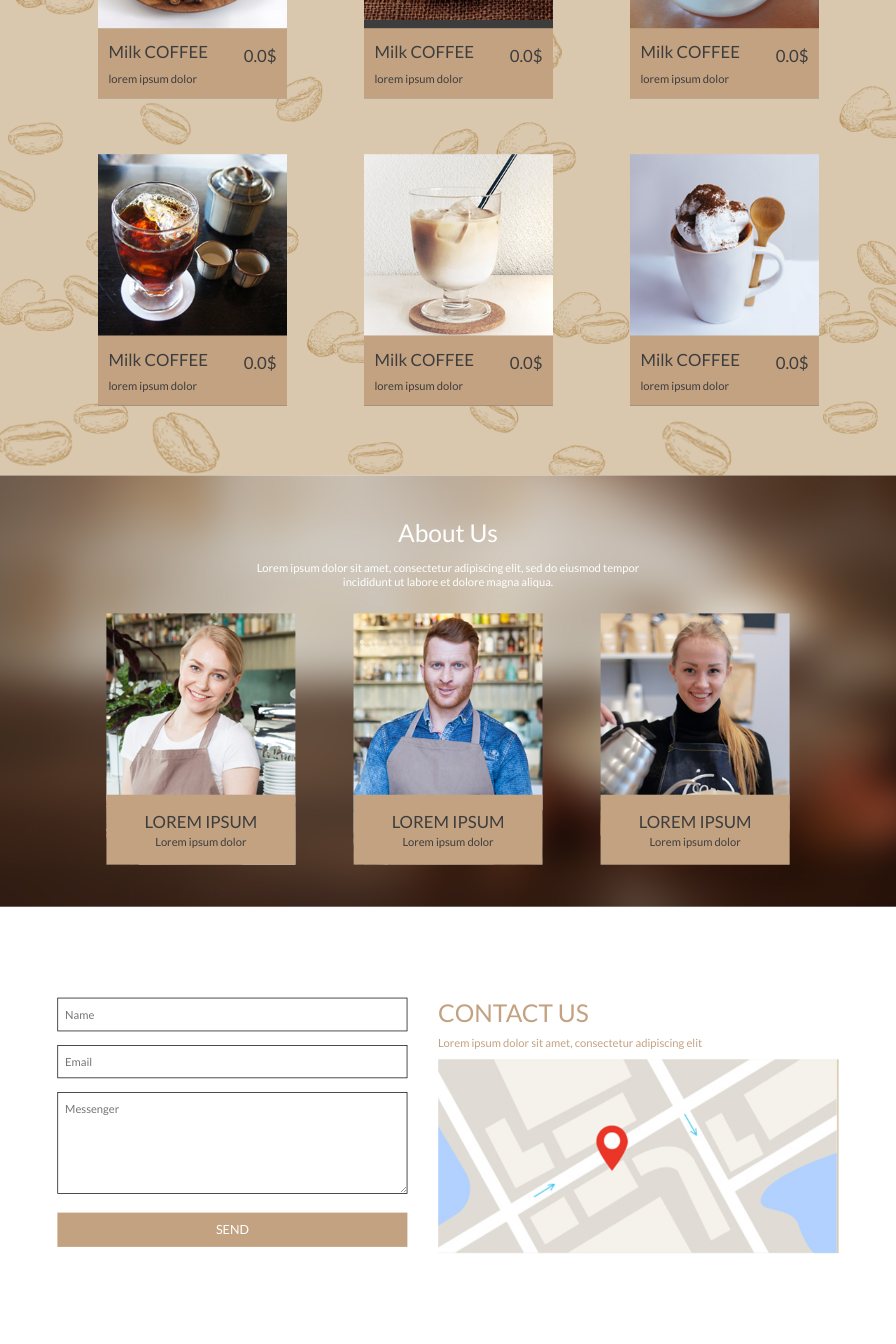
Repository: kuluong2000/coffe
Page: index.html
An editor plug-in stored every save of this project. The page is shown before and after the next save, followed by the edit.
The browser window is 1280 px wide. The pictures show the part of the page from y = 1676 to 3596 px (the page is 3596 px tall), at 70% of full size.

Above is the page before, as saved 2021-10-04 23:10:26.

### index.html
<!DOCTYPE html>
<html lang="en">
  <head>
    <meta charset="UTF-8" />
    <meta http-equiv="X-UA-Compatible" content="IE=edge" />
    <meta name="viewport" content="width=device-width, initial-scale=1.0" />
    <link rel="stylesheet" href="./libs/css/bootstrap.min.css" />
    <link rel="stylesheet" href="./libs/css/animate.css" />
    <link rel="stylesheet" href="./libs/css/slick-theme.css" />
    <link rel="stylesheet" href="./libs/css/slick.css" />
    <link rel="stylesheet" href="./Assets/css/reset.css" />
    <link rel="stylesheet" href="./Assets/css/style.css" />
    <link rel="stylesheet" href="./Assets/css/responsive.css" />
    <title>Document</title>
  </head>
  <body>
    <header class="header">
      <div class="container">
        <div class="row">
          <div class="header-main">
            <div class="header-menu">
              <a href="#">
                <img src="./Assets/image/logo.png" alt="" srcset="" />
              </a>
            </div>
            <nav>
              <ul class="header-menu">
                <li class="header-menu-item"><a href="#" class="header-menu-link">Home</a></li>
                <li class="header-menu-item"><a href="#" class="header-menu-link">Our Story</a></li>
                <li class="header-menu-item"><a href="#" class="header-menu-link">Menu</a></li>
                <li class="header-menu-item"><a href="#" class="header-menu-link">Order</a></li>
                <li class="header-menu-item"><a href="#" class="header-menu-link">About Us</a></li>
                <li class="header-menu-item"><a href="#" class="header-menu-link">Contact</a></li>
                <li class="header-menu-item"><a href="#" class="header-menu-link">Cart</a></li>
              </ul>
            </nav>
          </div>
        </div>
      </div>
    </header>
    <main>
      <section class="banner">
        <div class="banner-img">
          <img src="./Assets/image/banner.jpg" alt="" srcset="" />
        </div>
        <div class="container">
          <div class="row">
            <div class="banner-main">
              <div class="banner-content">
                <h1 class="banner-heading">HELLO COFFEE</h1>
                <p class="banner-desc">Lorem ipsum dolor sit amet, consectetur adipiscing elit, sed do eiusmod tempor incididunt ut labore et...</p>
                <a href="#" class="btn"> Read More </a>
              </div>
            </div>
          </div>
        </div>
      </section>
      <section class="story">
        <div class="container">
          <div class="row">
            <div class="story-main">
              <div class="story-media">
                <div class="story-image">
                  <img src="./Assets/image/story.jpg" alt="" />
                </div>
              </div>
              <div class="story-info">
                <div class="story-title">Our Story</div>
                <p class="story-desc">
                  Lorem ipsum dolor sit amet, consectetur adipiscing elit, sed do eiusmod tempor incididunt ut labore et dolore magna aliqua.
                  <br />
                  Ut enim ad minim veniam, quis nostrud exercitation ullamco laboris nisi ut aliquip ex ea commodo consequat.
                </p>
                <a href="#" class="btn">Read More</a>
              </div>
            </div>
          </div>
        </div>
      </section>
      <section class="menu">
        <div class="container">
          <div class="row">
            <div class="menu-main">
              <div class="box">
                <h2 class="title menu-box-title">Menu</h2>
                <p class="desc menu-box-desc">Lorem ipsum dolor sit amet, consectetur adipiscing elit, sed do eiusmod tempor incididunt ut labore et dolore magna aliqua.</p>
              </div>
              <div class="menu-list">
                <div class="menu-item">
                  <div class="menu-item-image">
                    <img src="./Assets/image/menu_img1.jpg" alt="" />
                  </div>
                  <div class="menu-item-info">
                    <div class="menu-item-content">
                      <h2 class="menu-item-name">Milk COFFEE</h2>
                      <p class="menu-item-desc">lorem ipsum dolor</p>
                    </div>
                    <p class="menu-item-price">0.0$</p>
                  </div>
                </div>
                <div class="menu-item">
                  <div class="menu-item-image">
                    <img src="./Assets/image/menu_img2.jpg" alt="" />
                  </div>
                  <div class="menu-item-info">
                    <div class="menu-item-content">
                      <h2 class="menu-item-name">Milk COFFEE</h2>
                      <p class="menu-item-desc">lorem ipsum dolor</p>
                    </div>
                    <p class="menu-item-price">0.0$</p>
                  </div>
                </div>
                <div class="menu-item">
                  <div class="menu-item-image">
                    <img src="./Assets/image/menu_img3.jpg" alt="" />
                  </div>
                  <div class="menu-item-info">
                    <div class="menu-item-content">
                      <h2 class="menu-item-name">Milk COFFEE</h2>
                      <p class="menu-item-desc">lorem ipsum dolor</p>
                    </div>
                    <p class="menu-item-price">0.0$</p>
                  </div>
                </div>
                <div class="menu-item">
                  <div class="menu-item-image">
                    <img src="./Assets/image/menu_img4.jpg" alt="" />
                  </div>
                  <div class="menu-item-info">
                    <div class="menu-item-content">
                      <h2 class="menu-item-name">Milk COFFEE</h2>
                      <p class="menu-item-desc">lorem ipsum dolor</p>
                    </div>
                    <p class="menu-item-price">0.0$</p>
                  </div>
                </div>
                <div class="menu-item">
                  <div class="menu-item-image">
                    <img src="./Assets/image/menu_img5.jpg" alt="" />
                  </div>
                  <div class="menu-item-info">
                    <div class="menu-item-content">
                      <h2 class="menu-item-name">Milk COFFEE</h2>
                      <p class="menu-item-desc">lorem ipsum dolor</p>
                    </div>
                    <p class="menu-item-price">0.0$</p>
                  </div>
                </div>
                <div class="menu-item">
                  <div class="menu-item-image">
                    <img src="./Assets/image/menu_img6.jpg" alt="" />
                  </div>
                  <div class="menu-item-info">
                    <div class="menu-item-content">
                      <h2 class="menu-item-name">Milk COFFEE</h2>
                      <p class="menu-item-desc">lorem ipsum dolor</p>
                    </div>
                    <p class="menu-item-price">0.0$</p>
                  </div>
                </div>
              </div>
            </div>
          </div>
        </div>
      </section>
      <section class="about">
        <div class="container">
          <div class="row">
            <div class="about-main">
              <div class="box">
                <h2 class="title">About Us</h2>
                <p class="desc">Lorem ipsum dolor sit amet, consectetur adipiscing elit, sed do eiusmod tempor incididunt ut labore et dolore magna aliqua.</p>
              </div>
              <div class="about-list">
                <div class="about-item">
                  <div class="about-avatar">
                    <img src="/Assets/image/about_img1.jpg" alt="" />
                  </div>
                  <div class="about-info">
                    <h2 class="about-name">Lorem Ipsum</h2>
                    <p class="about-position">Lorem ipsum dolor</p>
                    <a href="#" class="btn about-btn">Read More</a>
                  </div>
                </div>
                <div class="about-item">
                  <div class="about-avatar">
                    <img src="/Assets/image/about_img2.jpg" alt="" />
                  </div>
                  <div class="about-info">
                    <h2 class="about-name">Lorem Ipsum</h2>
                    <p class="about-position">Lorem ipsum dolor</p>
                    <a href="#" class="btn about-btn">Read More</a>
                  </div>
                </div>
                <div class="about-item">
                  <div class="about-avatar">
                    <img src="/Assets/image/about_img3.jpg" alt="" />
                  </div>
                  <div class="about-info">
                    <h2 class="about-name">Lorem Ipsum</h2>
                    <p class="about-position">Lorem ipsum dolor</p>
                    <a href="#" class="btn about-btn">Read More</a>
                  </div>
                </div>
              </div>
            </div>
          </div>
        </div>
      </section>
      <section class="contact">
        <div class="container">
          <div class="row">
            <div class="contact-main">
              <div>
                <form action="" class="contact-form">
                  <input type="text" placeholder="Name" />
                  <input type="email" name="" id="" placeholder="Email" />
                  <textarea name="" id="" cols="30" rows="10" placeholder="Messenger"></textarea>
                  <a href="#" class="btn form-btn">Send</a>
                </form>
              </div>
              <div class="contact-map">
                <h2 class="contact-name">Contact Us</h2>
                <p class="contact-desc">Lorem ipsum dolor sit amet, consectetur adipiscing elit</p>
                <img src="./Assets/image/contact_img.jpg" alt="" />
              </div>
            </div>
          </div>
        </div>
      </section>
    </main>

    <script src="./libs/Js/jquery-3.5.1.slim.min.js"></script>
    <script src="./libs/Js/bootstrap.min.js"></script>
    <script src="./libs/Js/slick.min.js"></script>
    <script src="./libs/Js/wow.js"></script>
  </body>
</html>

### Assets/css/reset.css
html, body, div, span, applet, object, iframe,
h1, h2, h3, h4, h5, h6, p, blockquote, pre,
a, abbr, acronym, address, big, cite, code,
del, dfn, em, img, ins, kbd, q, s, samp,
small, strike, strong, sub, sup, tt, var,
b, u, i, center,
dl, dt, dd, ol, ul, li,
fieldset, form, label, legend,
table, caption, tbody, tfoot, thead, tr, th, td,
article, aside, canvas, details, embed,
figure, figcaption, footer, header, hgroup,
menu, nav, output, ruby, section, summary,
time, mark, audio, video {
	margin: 0;
	padding: 0;
	border: 0;
	font-size: 100%;
	vertical-align: baseline;
}
/* HTML5 display-role reset for older browsers */
article, aside, details, figcaption, figure,
footer, header, hgroup, menu, nav, section {
	display: block;
}
* {
	box-sizing: border-box;
}
body {
	line-height: 1;
  font-family: 'Muli', sans-serif;


  font-style: normal;
  font-weight: normal;
  font-size: 16px;
  line-height: 32px;
}
ol, ul {
	list-style: none;
}
blockquote, q {
	quotes: none;
}
blockquote:before, blockquote:after,
q:before, q:after {
	content: '';
	content: none;
}
table {
	border-collapse: collapse;
	border-spacing: 0;
}

img {
  max-width: 100%;
	vertical-align: bottom;
}
a {
	outline: none;
}

### Assets/css/style.css
@import url('https://fonts.googleapis.com/css2?family=Lato:ital,wght@0,400;0,700;0,900;1,300;1,400;1,700;1,900&display=swap');
*{
    padding: 0;
    margin: 0;
    box-sizing: border-box;
}
body{
    font-family: 'Lato', sans-serif;
    font-size: 16px;
    line-height: 1.6;
    color: #3d3d3d;
    font-weight: 400;
}

.header{
    position: absolute;
    width: 100%;
    background-color: rgba(0,0,0 , 0.5);
    padding: 20px 0 20px;
    z-index: 99;
}
.header-main{
    display:flex;
    justify-content: space-between;
    align-items: center;
}
.header-menu{
    display:flex;
    justify-content: space-between;
    align-items: center;
}
.header-menu-item{
    list-style-type: none;
}
.header-menu-item:not(:first-child){
    margin-left: 25px;
}
.header-menu-link{
    position: relative;
    color: white;
    text-transform: uppercase;
    text-decoration: none;
    font-size: 12px;
    padding-bottom: 7px;

}
.header-menu-link::before{
    content: '';
    position: absolute;
    bottom: 0;
    left:  0;
    height: 2px;
    width: 100%;
    background-color: #c3a281;
    transform: scale(0);
    transition: 0.5s;
    transform-origin: right;
}
.header-menu-link:hover,
.header-menu-link:hover::before{
    color: #c3a281;
    transform: scale(1);
}
.banner{
    position: relative;
    min-height: 660px;

}
.banner-img{
    position: relative;
    z-index: -1;
    object-fit: cover;
    width: 100%;
}
.banner-img img{
    width: 100%;
}

.banner-main{
    position: absolute;
    left: auto;
    top: 50%;
    transform: translateY(-50%);
    color: white;
    width: max-content;

}

.banner-heading{
    font-weight: 400;
    font-size: 48px;
    letter-spacing: 0.5px;
    margin-bottom: 40px;
}
.banner-desc{
    width: 390px;
    margin-bottom: 40px;
}
.btn{
    font-size: 18px;
    color: white;
    font-weight: 400;
    padding: 10px 30px;
    background-color: #c3a281;
    border-radius: 0%;
    text-transform: uppercase;
}
.btn:hover{
    color: white;
}
.story{
    padding-top: 95px;
    min-height: 600px;
}
.story-main{
    display:flex;
    padding: 0 70px;
    align-items: center;
}
.story-media{
    position: relative;
}
.story-icon-play{
    position: absolute;
    top: 50%;
    left: 50%;
    transform:translate(-50%,-50%);
}
.story-image{
    min-width: 600px;
    height: 100%;
    object-fit: cover;
}
.story-image img{
    width: 100%;
    height: 100%;
}
.story-info{
    margin-left: 30px;
}
.story-title{
    font-size: 35px;
    margin-bottom: 20px;
    text-transform: uppercase;
}
.story-desc{
    text-align: justify;
    margin-bottom: 40px;
    line-height: 20px;
}
.menu{

    padding-bottom: 100px;
    background: url(/Assets/image/menu_bg.png) no-repeat center / cover;
}
.menu-main{
    padding: 0;
}
.box{
    padding-top: 60px;
    margin: 0 auto;
    width: 100%;
    max-width: 570px;
    text-align: center  ;
}
.title{
    font-size: 35px;
    margin-bottom: 20px;
    color: white;
}
.desc{
    line-height: 20px;
    color: white;
    margin-bottom: 35px;
}
.menu-list{
    display: grid;
    grid-template-columns: repeat(3,1fr);
    grid-gap: 80px 110px;
    /* display: flex;
    flex-wrap: wrap; */
    padding: 0 70px;



}

.menu-item{
    /* width: calc((100% ) /3); */
    width: 270px;
    position: relative;

}
.menu-item:hover .menu-item-info{
    height: 130px;
    background-color: #3d3d3d;
    color: #c3a281;
}
.menu-item:hover .menu-item-price{
    display: none;
}
.menu-item:hover .menu-item-name{
    border-bottom: 2px solid #c3a281;
}
.menu-item-info{
    display: flex;
    justify-content: space-between;
    background-color: #c3a281;
    padding: 20px 15px;
    width: 270px;
    height: 100px;
    position: absolute;
    bottom: 0;
    left: 0;
    transition: all 0.5s ease;
}

.menu-item-name{
    font-size: 24px;
    margin-bottom: 10px;
}
.menu-item-price{
    font-size: 24px;
}
.about{
    padding-bottom: 60px;
    background: url(/Assets/image/about_bg.jpg) no-repeat center /  cover;
    min-height: 600px;
}
.about-list{
    padding: 0 70px;
    display:flex;
    justify-content: space-between;
    align-items: center;
}
.about-item{
    position: relative;
    width: 270px;
}
.about-avatar{
    max-width: 270px;
    height: 100%;
}
.about-avatar img{
    max-width: 100%;
}
.about-info{
    padding: 25px 0;
    text-align: center;
    width: 270px;
    height: 100px;
    position: absolute;
    bottom: 0;
    left: 0;
    background-color: #c3a281;
    transition: 0.5s;
}
.about-name{
    font-size: 24px;
    text-transform: uppercase;

}
.about-position{
    transition: 0.5s;
}
.about-btn{
    opacity: 0;
    visibility: hidden;
    width: max-content;
    margin: 0 auto;
}

.about-item:hover .about-info{
    height: 125px;
    background-color: #3d3d3d;
    color: #c3a281;
}

.about-item:hover .about-btn{
    margin-top: 5px;
    opacity: 1;
    visibility:visible;

}
.about-item:hover .about-position{
    display: none;
}
.contact{
    padding: 130px 0;
    min-height: 600px;
}
.contact-main{
    display:flex;
    justify-content: space-between;
    justify-items: baseline;

}
.contact-form{
    width: 100%;
    max-width: 500px;
    margin-right: 70px;
}
.contact-form input,
.contact-form textarea{
    width: 100%;
    border: 1px solid black;
    margin-bottom: 20px;
    padding:  10px;
    outline: none;

}
.contact-form textarea{
    height: 145px;
}
.form-btn{
    width: 100%;
}
.contact-name{
    font-size: 35px;
    color: #c3a281;
    margin-bottom: 10px;
    text-transform: uppercase;
}
.contact-desc{
    color: #c3a281;
    margin-bottom: 10px;
}
.contact-map img{
    width: 600px;
    height: 277px;
}

### Assets/css/responsive.css
@media (min-width:1400px){
    .container{
        max-width: 1170px;
    }
}

Loaded but not shown: libs/css/bootstrap.min.css (library); libs/css/animate.css (library); libs/css/slick-theme.css (library); libs/css/slick.css (common file); libs/Js/jquery-3.5.1.slim.min.js (library); libs/Js/bootstrap.min.js (library); libs/Js/slick.min.js (library); libs/Js/wow.js (library)

After the next save:
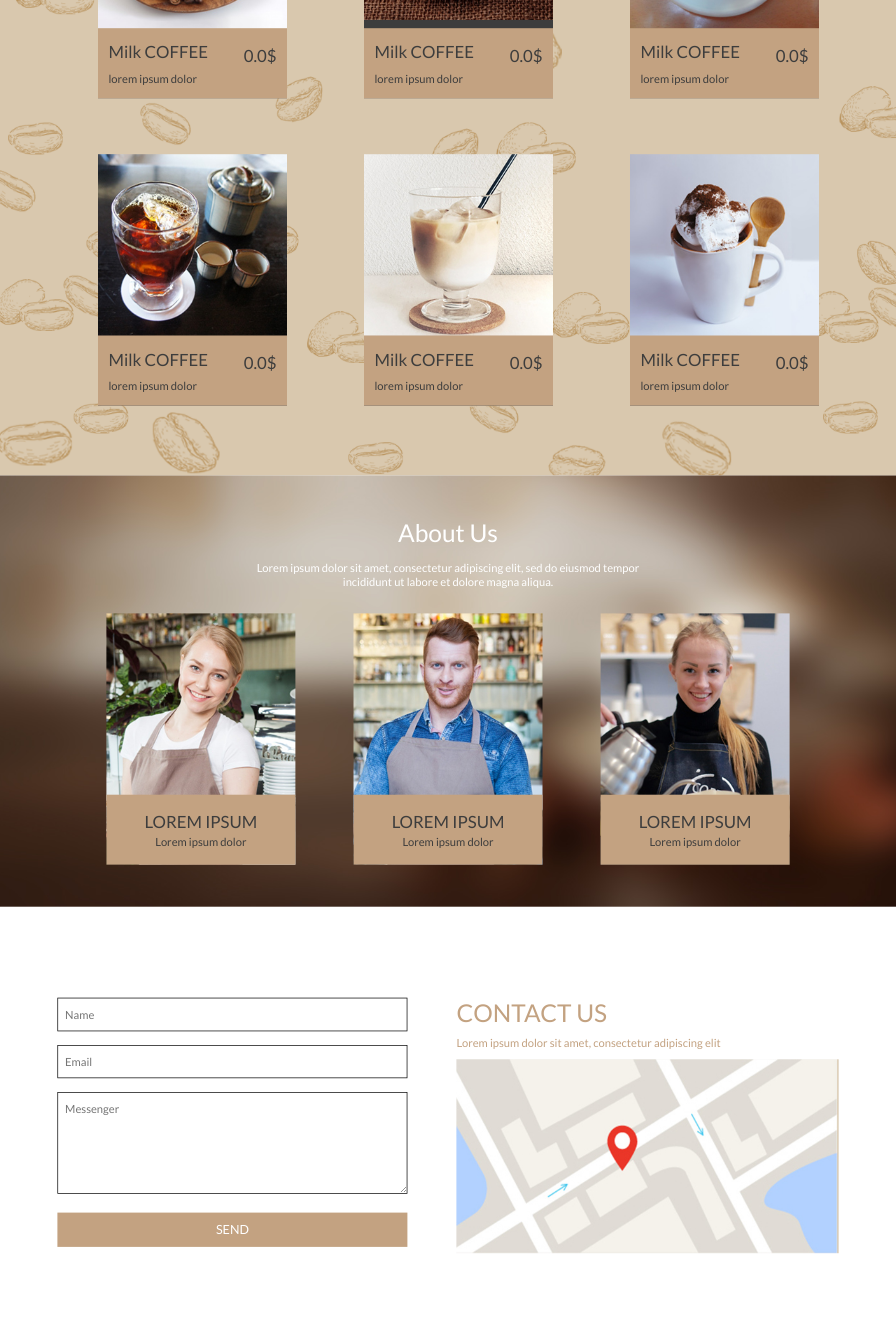
Saved 42 s later.
--- a/index.html
+++ b/index.html
@@ -211,8 +211,8 @@
         <div class="container">
           <div class="row">
             <div class="contact-main">
-              <div>
-                <form action="" class="contact-form">
+              <div class="contact-form">
+                <form action="">
                   <input type="text" placeholder="Name" />
                   <input type="email" name="" id="" placeholder="Email" />
                   <textarea name="" id="" cols="30" rows="10" placeholder="Messenger"></textarea>
